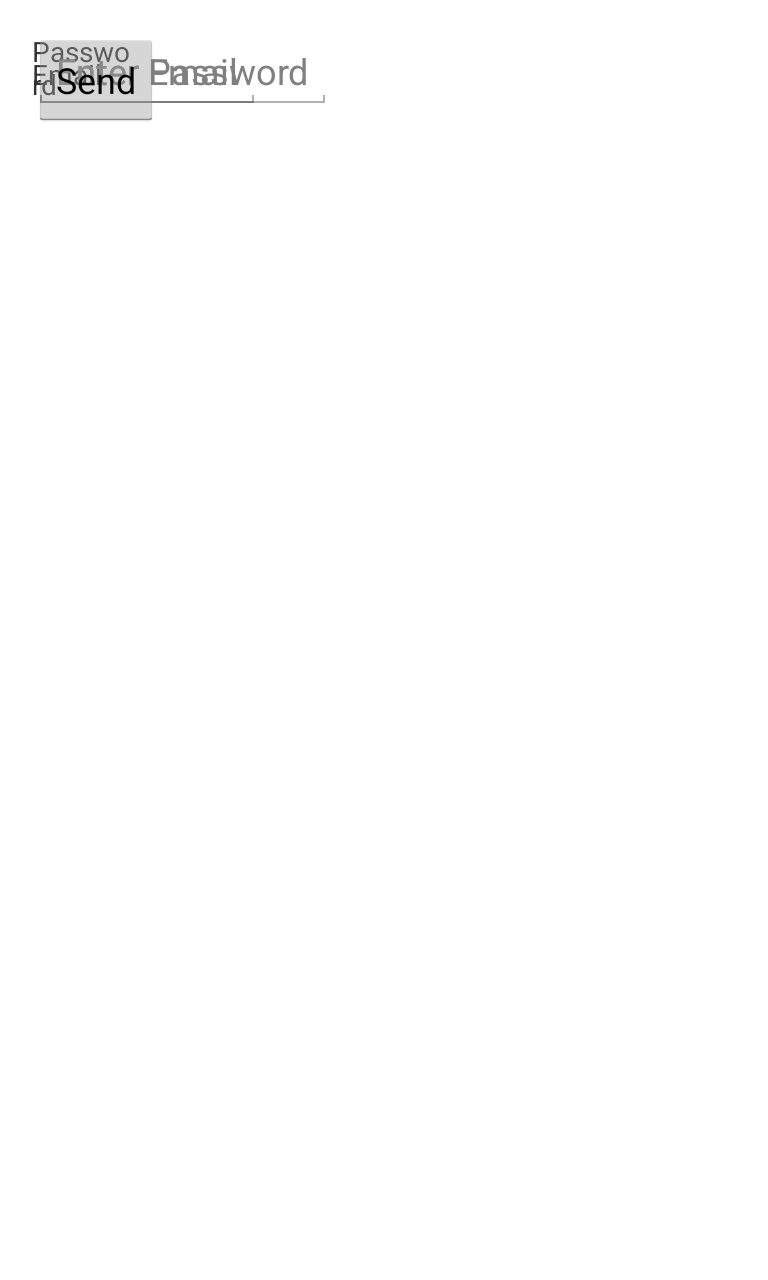
Repository: akhilnambiar/CS186_warmup1
Layout: frontend copy/LoginCounter/res/layout/activity_main.xml
These files come from the project's save history. The layout is drawn as it stood at one moment and after the next save; the edit follows.
It is drawn on a 768 x 1280 px phone screen (xhdpi) without system bars, with theme AppTheme; the app's code is not run.

Above is the layout before, as saved 2014-02-19 05:07:32.

### frontend copy/LoginCounter/res/layout/activity_main.xml
<RelativeLayout xmlns:android="http://schemas.android.com/apk/res/android"
    xmlns:tools="http://schemas.android.com/tools"
    android:layout_width="match_parent"
    android:layout_height="match_parent"
    android:paddingBottom="@dimen/activity_vertical_margin"
    android:paddingLeft="@dimen/activity_horizontal_margin"
    android:paddingRight="@dimen/activity_horizontal_margin"
    android:paddingTop="@dimen/activity_vertical_margin"
    android:orientation="horizontal"
    tools:context=".MainActivity" >
    <TextView
       android:id="@+id/tvEmail"
       android:layout_width="50dp"
       android:layout_height="wrap_content"
       android:text="@string/email_tag"
       android:layout_alignBaseline="@+id/edit_message"/>
	<EditText android:id="@+id/edit_message"
        android:layout_width="wrap_content"
        android:layout_height="wrap_content"
        android:hint="@string/email_message"
        android:layout_toRightOf="@+id/tvName" />
	<TextView
       android:id="@+id/tvPass"
       android:layout_width="50dp"
       android:layout_height="wrap_content"
       android:text="@string/pass_tag" />
    <EditText android:id="@+id/pass_message"
        android:layout_width="wrap_content"
        android:layout_height="wrap_content"
        android:hint="@string/pass_message" />
    <Button
        android:layout_width="wrap_content"
        android:layout_height="wrap_content"
        android:text="@string/button_send"
        android:onClick="sendMessage"/>
</RelativeLayout>

### frontend copy/LoginCounter/res/values/strings.xml
<?xml version="1.0" encoding="utf-8"?>
<resources>

    <string name="app_name">LoginCounter</string>
    <string name="button_send">Send</string>
    <string name="title_activity_main">Main Activity</string>
    <string name="action_settings">Settings</string>
    <string name="hello_world">Hello world!</string>
    <string name="edit_message">Enter a Message</string>
    <string name="email_message">Enter Email</string>
    <string name="pass_message">Enter Password</string>
    <string name="email_tag">Email</string>
    <string name="pass_tag">Password</string>
    <string name="title_activity_display_message">My Message</string>

</resources>

Loaded but not shown: frontend copy/LoginCounter/res/values/styles.xml (common file); frontend copy/LoginCounter/res/values-v11/styles.xml (common file); frontend copy/LoginCounter/res/values-v14/styles.xml (common file); frontend copy/LoginCounter/res/values/dimens.xml (common file)

After the next save:
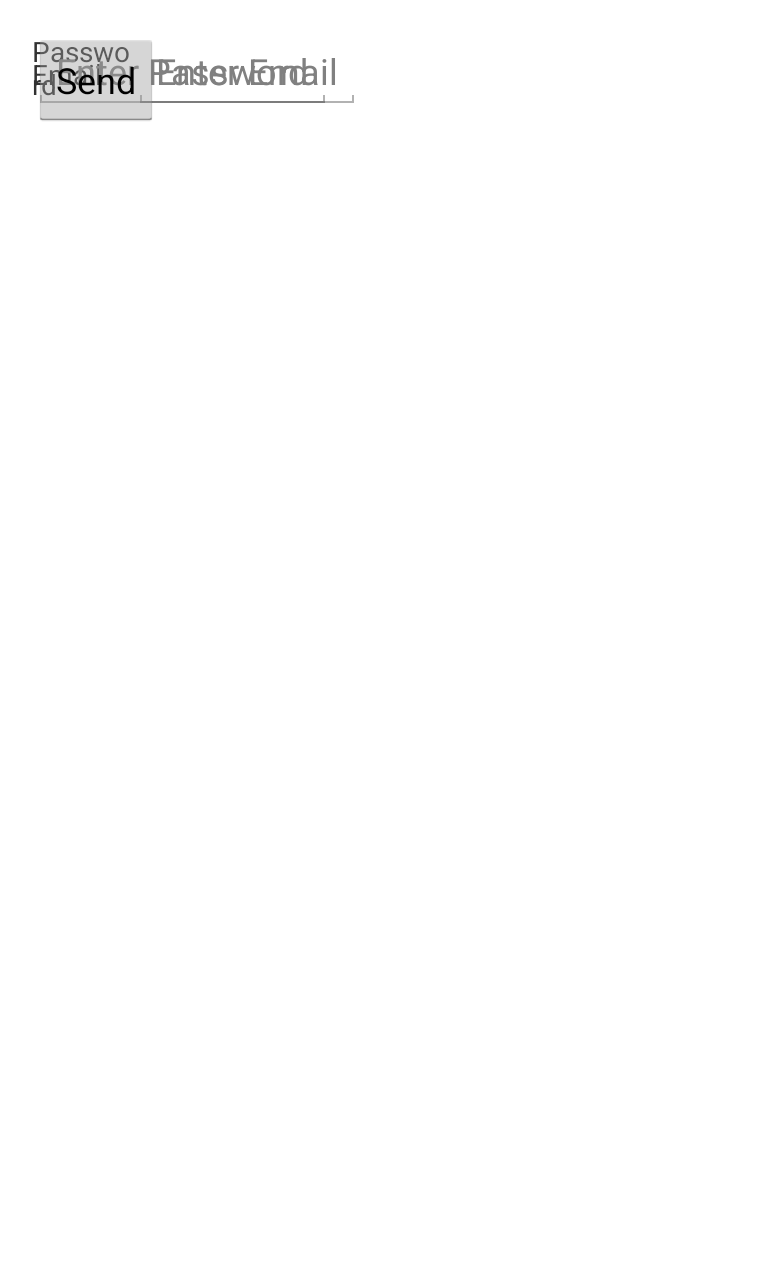
Saved 6 s later.
--- a/frontend copy/LoginCounter/res/layout/activity_main.xml
+++ b/frontend copy/LoginCounter/res/layout/activity_main.xml
@@ -18,7 +18,7 @@
         android:layout_width="wrap_content"
         android:layout_height="wrap_content"
         android:hint="@string/email_message"
-        android:layout_toRightOf="@+id/tvName" />
+        android:layout_toRightOf="@+id/tvEmail" />
 	<TextView
        android:id="@+id/tvPass"
        android:layout_width="50dp"
